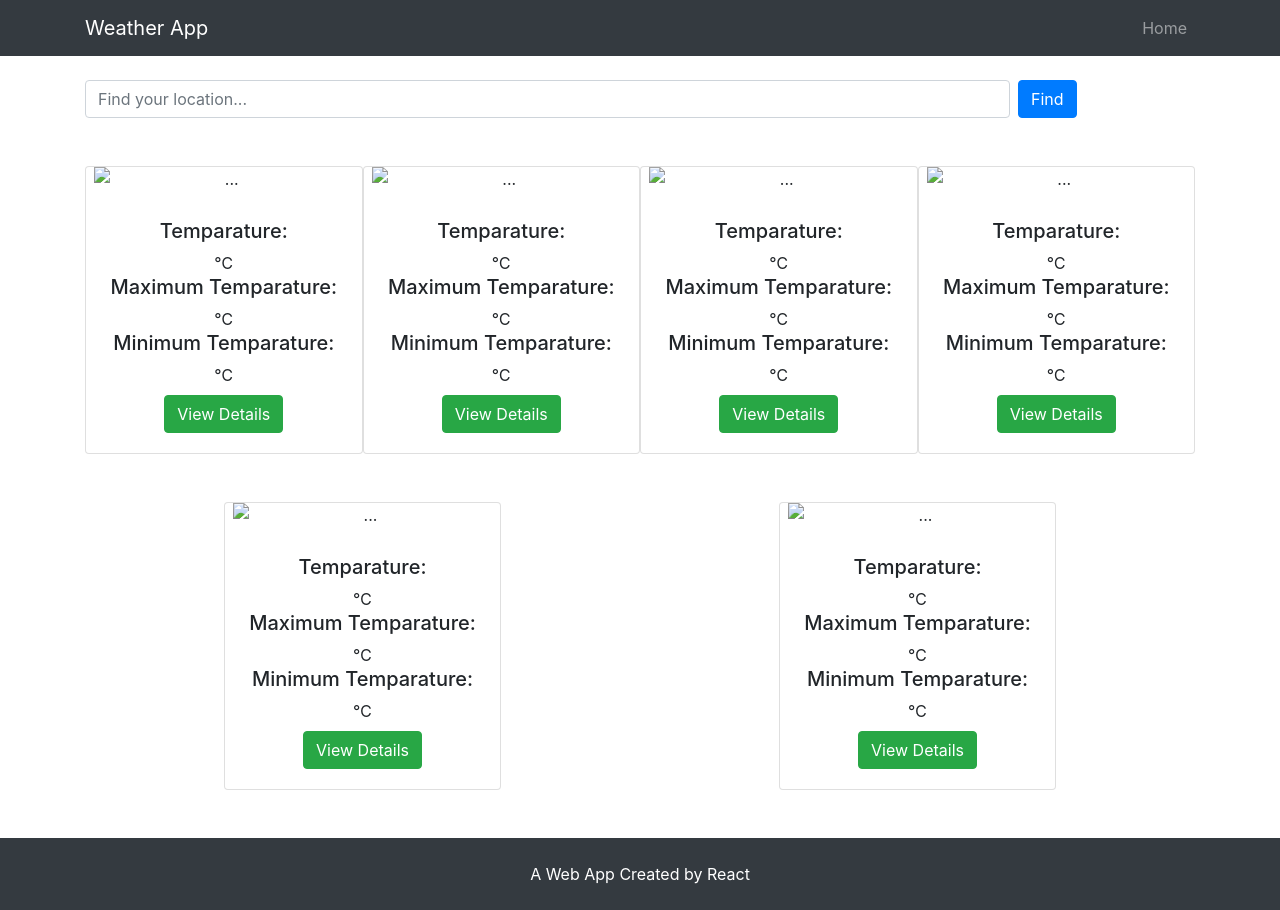
Repository: smk87/weather-app-react
Page: /
An editor plug-in stored every save of this project. The page is shown before and after the next save, followed by the edit.
The browser window is 1280 px wide. The pictures show the whole page.
The page's requests for data from a server got no answer. Some web libraries are served in a nearby version. The project was rebuilt for these pictures with package versions that can differ from the ones it lists, and the page was loaded fresh each time. A package was used in the major version that the imports need, not the one package.json lists. No one was signed in, and anything a server would have sent is missing.

Above is the page before, as saved 2019-02-06 18:57:52.

### public/index.html
<!DOCTYPE html>
<html lang="en">
  <head>
    <meta charset="utf-8" />
    <link rel="shortcut icon" href="%PUBLIC_URL%/favicon.ico" />
    <meta
      name="viewport"
      content="width=device-width, initial-scale=1, shrink-to-fit=no"
    />
    <meta name="theme-color" content="#000000" />
    <!--
      manifest.json provides metadata used when your web app is added to the
      homescreen on Android. See https://developers.google.com/web/fundamentals/web-app-manifest/
    -->
    <link rel="manifest" href="%PUBLIC_URL%/manifest.json" />
    <link
      rel="stylesheet"
      href="https://stackpath.bootstrapcdn.com/bootstrap/4.2.1/css/bootstrap.min.css"
      integrity="sha384-GJzZqFGwb1QTTN6wy59ffF1BuGJpLSa9DkKMp0DgiMDm4iYMj70gZWKYbI706tWS"
      crossorigin="anonymous"
    />
    <script
      defer
      src="https://use.fontawesome.com/releases/v5.6.3/js/all.js"
      integrity="sha384-EIHISlAOj4zgYieurP0SdoiBYfGJKkgWedPHH4jCzpCXLmzVsw1ouK59MuUtP4a1"
      crossorigin="anonymous"
    ></script>
    <!--
      Notice the use of %PUBLIC_URL% in the tags above.
      It will be replaced with the URL of the `public` folder during the build.
      Only files inside the `public` folder can be referenced from the HTML.

      Unlike "/favicon.ico" or "favicon.ico", "%PUBLIC_URL%/favicon.ico" will
      work correctly both with client-side routing and a non-root public URL.
      Learn how to configure a non-root public URL by running `npm run build`.
    -->
    <title>React App</title>
  </head>
  <body>
    <noscript>You need to enable JavaScript to run this app.</noscript>
    <div id="root"></div>
    <!--
      This HTML file is a template.
      If you open it directly in the browser, you will see an empty page.

      You can add webfonts, meta tags, or analytics to this file.
      The build step will place the bundled scripts into the <body> tag.

      To begin the development, run `npm start` or `yarn start`.
      To create a production bundle, use `npm run build` or `yarn build`.
    -->

    <script
      src="https://code.jquery.com/jquery-3.3.1.slim.min.js"
      integrity="sha384-q8i/X+965DzO0rT7abK41JStQIAqVgRVzpbzo5smXKp4YfRvH+8abtTE1Pi6jizo"
      crossorigin="anonymous"
    ></script>
    <script
      src="https://cdnjs.cloudflare.com/ajax/libs/popper.js/1.14.6/umd/popper.min.js"
      integrity="sha384-wHAiFfRlMFy6i5SRaxvfOCifBUQy1xHdJ/yoi7FRNXMRBu5WHdZYu1hA6ZOblgut"
      crossorigin="anonymous"
    ></script>
    <script
      src="https://stackpath.bootstrapcdn.com/bootstrap/4.2.1/js/bootstrap.min.js"
      integrity="sha384-B0UglyR+jN6CkvvICOB2joaf5I4l3gm9GU6Hc1og6Ls7i6U/mkkaduKaBhlAXv9k"
      crossorigin="anonymous"
    ></script>
  </body>
</html>

### src/App.js
import React, { Component } from "react";
import { BrowserRouter as Router, Route, Switch } from "react-router-dom";
import logo from "./logo.svg";
import "./App.css";

//Import Layout Components
import NavBar from "./components/NavBar";
import Footer from "./components/Footer";
import Home from "./components/Home";

class App extends Component {
  render() {
    return (
      <Router>
        <div className="App">
          <NavBar />
          <Route exact path="/" component={Home} />
          <Footer />
        </div>
      </Router>
    );
  }
}

export default App;

### src/components/NavBar.js
import React, { Component } from "react";
import { Link } from "react-router-dom";

export default class NavBar extends Component {
  render() {
    return (
      <div>
        <nav className="navbar navbar-expand-sm navbar-dark bg-dark mb-4">
          <div className="container">
            <Link className="navbar-brand" to="/">
              Weather App
            </Link>
            <button
              className="navbar-toggler"
              type="button"
              data-toggle="collapse"
              data-target="#mobile-nav"
            >
              <span className="navbar-toggler-icon" />
            </button>

            <div className="collapse navbar-collapse" id="mobile-nav">
              <ul className="navbar-nav mr-auto" />
              <ul className="navbar-nav ml-auto">
                <li className="nav-item">
                  <Link className="nav-link" to="/">
                    Home
                  </Link>
                </li>
              </ul>
            </div>
          </div>
        </nav>
      </div>
    );
  }
}

### src/components/Footer.js
import React from "react";

export default function Footer() {
  return (
    <footer className="bg-dark text-white mt-5 p-4 text-center">
      A Web App Created by React
    </footer>
  );
}

### src/components/Home.js
import React, { Component } from "react";
import { Link } from "react-router-dom";
import Weather from "./Weather";

export default class Home extends Component {
  constructor() {
    super();

    this.state = {
      search: ""
    };
  }
  onChange = e => {
    this.setState({
      [e.target.name]: e.target.value
    });
  };
  onSubmit = e => {
    e.preventDefault();
    console.log(this.state);
  };

  render() {
    return (
      <div>
        <div className="container">
          <form onSubmit={this.onSubmit} action="#" className="form-inline">
            <input
              type="text"
              name="search"
              className="form-control col-md-10"
              placeholder="Find your location..."
              value={this.state.search}
              onChange={this.onChange}
            />
            <input
              type="submit"
              className="ml-2 btn btn-primary"
              value="Find"
            />
          </form>

          <form className="form-inline">
            <Weather id="2344116" />
            <Weather id="638242" />
            <Weather id="44418" />
            <Weather id="565346" />
            <Weather id="560743" /> <Weather id="9807" />
          </form>
        </div>
      </div>
    );
  }
}

### src/components/Weather.js
import React, { Component } from "react";
import axios from "axios";
import { Link } from "react-router-dom";

export default class Weather extends Component {
  constructor() {
    super();

    this.state = {
      cityname: "",
      id: "",
      temp: "",
      maxtemp: "",
      mintemp: "",
      logo: ""
    };
  }

  componentWillMount() {
    this.setState({ id: this.props.id });

    const url = `weather/weather.php?command=location&woeid=${this.props.id}`;
    // console.log(url);
    axios
      .get(url) //Used proxy to connect with local wamp server
      .then(res => {
        console.log(res.data);

        switch (res.data.consolidated_weather[0].weather_state_name) {
          case "Snow":
            this.setState({
              logo: "https://www.metaweather.com/static/img/weather/sn.svg"
            });
            break;
          case "Sleet":
            this.setState({
              logo: "https://www.metaweather.com/static/img/weather/sl.svg"
            });
            break;
          case "Hail":
            this.setState({
              logo: "https://www.metaweather.com/static/img/weather/h.svg"
            });
            break;
          case "Thunderstorm":
            this.setState({
              logo: "https://www.metaweather.com/static/img/weather/t.svg"
            });
            break;
          case "Heavy Rain":
            this.setState({
              logo: "https://www.metaweather.com/static/img/weather/hr.svg"
            });
            break;
          case "Light Rain":
            this.setState({
              logo: `https://www.metaweather.com/static/img/weather/lr.svg`
            });
            break;
          case "Showers":
            this.setState({
              logo: "https://www.metaweather.com/static/img/weather/s.svg"
            });
            break;
          case "Heavy Cloud":
            this.setState({
              logo: "https://www.metaweather.com/static/img/weather/hc.svg"
            });
            break;
          case "Light Cloud":
            this.setState({
              logo: "https://www.metaweather.com/static/img/weather/lc.svg"
            });
            break;
          case "Clear":
            this.setState({
              logo: "https://www.metaweather.com/static/img/weather/c.svg"
            });
            break;
        }
        this.setState({
          cityname: res.data.title,
          temp: res.data.consolidated_weather[0].the_temp.toPrecision(3),
          maxtemp: res.data.consolidated_weather[0].max_temp.toPrecision(3),
          mintemp: res.data.consolidated_weather[0].min_temp.toPrecision(3)
        });
      })
      .catch(err => console.log(err));
  }

  render() {
    return (
      <div className=" mt-5 mx-auto h-50 w-25 card">
        <img
          src={this.state.logo}
          className="card-img-top pl-2 pr-2"
          alt="..."
        />
        <div className="card-body">
          <div className="card-text">
            <h2>{this.state.cityname}</h2>
          </div>
          <div className="card-text">
            <h5>Temparature: </h5> {this.state.temp}
            <span>&#8451;</span>
          </div>
          <div className="card-text">
            {" "}
            <h5>Maximum Temparature: </h5> {this.state.maxtemp}
            <span>&#8451;</span>
          </div>
          <div className="card-text">
            {" "}
            <h5>Minimum Temparature: </h5>
            {this.state.mintemp}
            <span>&#8451;</span>
          </div>

          <Link to="/weather/:woeid">
            <input
              type="submit"
              className="mt-2 btn btn-success"
              value="View Details"
            />
          </Link>
        </div>
      </div>
    );
  }
}

Loaded but not shown: src/index.js (common file); src/index.css (common file); src/serviceWorker.js (common file); src/App.css (common file)

After the next save:
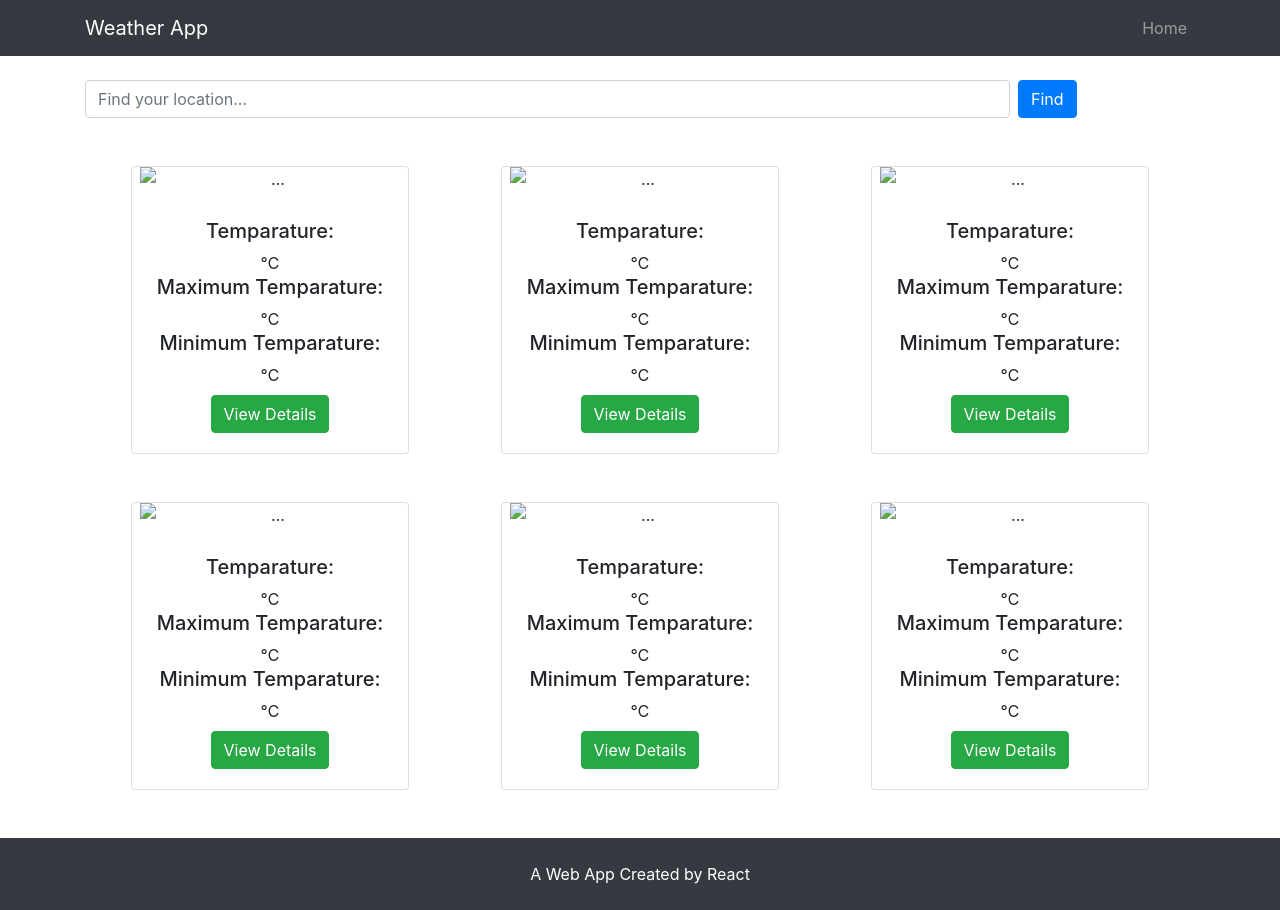
Saved 4 min 41 s later.
--- a/src/components/Home.js
+++ b/src/components/Home.js
@@ -44,8 +44,11 @@ export default class Home extends Component {
             <Weather id="2344116" />
             <Weather id="638242" />
             <Weather id="44418" />
+          </form>
+          <form className="form-inline">
             <Weather id="565346" />
-            <Weather id="560743" /> <Weather id="9807" />
+            <Weather id="560743" />
+            <Weather id="9807" />
           </form>
         </div>
       </div>
